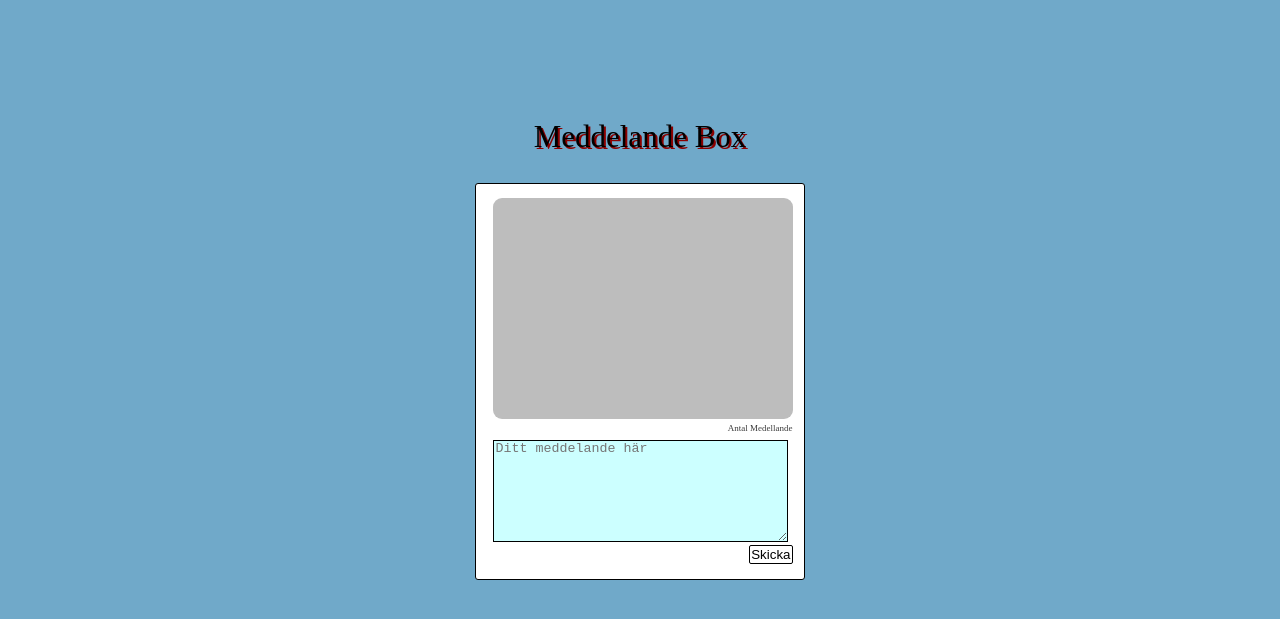
Repository: ls222vy/ls222vy-1dv403-laborationer
Page: 2-labbymezzage/index.html
The author's editor kept a record of every edit. The page is drawn from the files as they stood at one moment, then again after the next edit.
The browser window is 1280 px wide. The pictures show the whole page.

Above is the page before.

### 2-labbymezzage/index.html

<!doctype html>

<html lang="sv">

  <head>

         <title>Labby</title>
         <meta charset="UTF-8" />
         <link href='//fonts.googleapis.com/css?family=Gloria+Hallelujah' rel='stylesheet'>
         <link rel="stylesheet" href="css/style.css">
         <script src="js/Message.js"></script>
         <script src="js/MessageMotor.js"></script>
         <script src="js/messageMotor_run.js"></script>

  </head>

<body>
<h1>Meddelande Box</h1>

<div id="content">

    <div id="messagearea">

      <div id="myMessages"></div>

            <div id="count">Antal Medellande</div>

                  <div id="messageWindow">

            <textarea id="textInput"rows="2" cols="32" placeholder="Ditt meddelande här"></textarea>
            <button id="submitInput">Skicka</button>
        </div>



    </div>



</body>

</html>

### 2-labbymezzage/css/style.css
/*@import url(http://fonts.googleapis.com/css?family=Gloria+Hallelujah);*/

/* http://meyerweb.com/eric/tools/css/reset/
   v2.0 | 20110126
   License: none (public domain)
*/

html, body, div, span, applet, object, iframe,
h1, h2, h3, h4, h5, h6, p, blockquote, pre,
a, abbr, acronym, address, big, cite, code,
del, dfn, em, img, ins, kbd, q, s, samp,
small, strike, strong, sub, sup, tt, var,
b, u, i, center,
dl, dt, dd, ol, ul, li,
fieldset, form, label, legend,
table, caption, tbody, tfoot, thead, tr, th, td,
article, aside, canvas, details, embed,
figure, figcaption, footer, header, hgroup,
menu, nav, output, ruby, section, summary,
time, mark, audio, video {
	margin: 0;
	padding: 0;
	border: 0;
	font-size: 100%;
	font: inherit;
	vertical-align: baseline;
}
/* HTML5 display-role reset for older browsers */
article, aside, details, figcaption, figure,
footer, header, hgroup, menu, nav, section {
	display: block;
}
body {
	line-height: 1;
	background-color: #70A9C9;
}

/*#container {
    width :100%;
    max-width:600px;
    display:block;
    margin:0 auto;
}*/

#content {
    border:1px solid #000000;
    background:#ffffff;
    margin-left: auto;
    margin-right: auto;
    width: 328px;
    height:395px;
    overflow: auto;
    padding: 1 0 0  3px;
    -moz-border-radious:3px;
    -webkit-border-radius:3px;
}

h1{
   /* color:#0095b6;*/
   display:Block;
    margin-top:90px;
    text-align:center;
    padding:1em;
    font-size:31px;
    text-shadow: 2px 2px #8b0000;
}
#messagearea {
    margin-top:14px;
    margin-left:auto;
    margin-right: auto;
    width:300px;
    overflow:auto;
    padding: 0 0 0 5px;

}

#textInput{
    background:#CCFFFF;
    border:1px solid #000000;
    width: 97%;
    height:100px;
    margin-left : auto;
    margin-right:auto;
    padding: 0 0 0 2px;
}

#count{
    text-align:right;
    color:#3c3c3c;
    font-family: cabin-regular;
    font-size:9px;
    font-weight:normal;
    margin-bottom: 7px;
    margin-top: 5px;
}
#messageWindow {
    display:block;
    width: 100%;
}

#submitInput {
    border:1px solid #000000;
    padding: 1px;
    margin-bottom: 2px;
    text-decoration:none;
    -webkit-border-radius:2px;
    -webkit-box-shadow:0 1 px 0 white;
    background:#ffffff;
    float:right;
}
#myMessages {
    height: 221px;
    overflow: auto;
    border-radius: 9px;
    background-color:#BDBDBD;
    margin-right:auto;
   /*-webkit-box-sizing: border-box;
    -moz-box-sizing: border-box; */
    margin-top: auto;
  /*border: 2px solid rgba(0,0,0,0);*/
}
.myMessage{
    float:left;
    color: #3c3c3c;
     font-weight:200;
    font-size: 15px;
    -webkit-border-radius: 5px;
    line-height:20px;
    background-color : #97e5ed;
    margin-top: 5px;
    margin-left:8px;
    margin-bottom:10px;
   /* width: 95%;*/
    -webkit-box-sizing: border-box;
        width:50%;
      -moz-box-sizing: border-box;

}

p {
    display:block;
    padding:1px;
    float:left;

    word-wrap: break-word;
    -webkit-border-radius: solid 5px;
}

.messageDelete {
   display:block;
   width:20px;
   height:20px;
   float:right;
   background-image: url(../images/del.png);

}

footer{
    clear:both;
    display:block;
    float:right;
    color:#819FF7;
    font-size: 10px;
    text-align:right;
     margin-top:5;
}

.messageTime {
    display:block;
    width:20px;
    height:20px;
    float:right;
    background-image: url(../images/clock.png);
}
p{
    margin:1;
}

/*div {

    background-color: #ADEAB0;
}*/






































/* #content {
    border:1px solid #000000;
    background:#ffffff;
    margin-left: auto;
    margin-right: auto;
    width: 320px;
    height:180px;
    overflow: auto;
    -moz-border-radious:3px;
    -webkit-border-radius:3px;
}
h1{
    color:#0095b6;
    margin-top:90px;
    text-align:center;
    padding:1em;
    font-size:31px;
}
#messagearea {
    margin-top:115px;
    margin-left:auto;
    margin-right: auto;
    width:300px;
    overflow:auto;
    padding: 0 0 0 3px;

}



textarea{
    /*background:#CCFFFF;*/
 /*   border:1px solid #000000;
    width: 98%;
    height:100px;

}/*
button {
    border:1px solid #000000;
    padding: 1px;
    text-decoration:none;
    -webkit-border-radius:4px;
    -webkit-box-shadow:0 1 px 0 white;
    background:#7df9ff;
    float:right;
}

.right {
     border:1px solid #000000;
}/*































































/*/ <body>


            <div id="newText"></div>

            <div id="textInput">
                <div id="count"></div>
                <form action="post" name="form">
                    <textarea id="textarea" name="textarea"></textarea>
                    <input id="submit" class="right" class="button" type="button" value="Submit">
                </form>

            </div>*/

/* ody{
    background-color:grey;
}
#newText{
    border: 1px solid #000;
    background-color:yellow;
}
#textInput{
    border: 1px solid #000;
}
#count{
    border: 1px solid #000;
}
.pText{
    color:red;
}
.pTime{
    text-align: right;
}

### 2-labbymezzage/js/Message.js
"use strict";

//Konstruktorn
function Message(message, date) {

    this.getText = function() {
        return message;
    };

    this.setText = function(_text) {
        message = _text;
    };

    this.getDate = function() {
        return date;
    };

    this.setDate = function(_date) {
        date = _date;
    };
}
//Prototype objekt

Message.prototype.toString = function() {
    return this.getText() + " (" + this.getDate() + ")";
};

Message.prototype.getHTMLText = function() {
    return this.getText().replace(/\n/g, "<br>");

};

Message.prototype.getDateText = function () {

   var showTime = { day: 'numeric', year: 'numeric', month: 'long', hour: '2-digit', minute: '2-digit', second: '2-digit' };
    return this.getDate().toLocaleString('sv-SE', showTime);
};

### 2-labbymezzage/js/MessageMotor.js
"use strict";
/*global Message*/


var MessageMotor = {

 messages: [],


   init: function(){

       var button = document.getElementById("submitInput");
       var texta = document.getElementById("textInput");

       //Skapa händelse och validerar om(nummer 13 är enterkey)

       texta.addEventListener ("keypress", function(e){

           if(!e){ e = event;
           }

           if (e.shiftKey){

           }

           else if(e.keyCode == 13) {
               event.preventDefault();
              newMessage();
           }
       });

       button.onclick = newMessage;

       // Skapa meddelande

       function newMessage(){
           MessageMotor.messages.push(new Message (texta.value, new Date())); //push metoden lägger till  en ny post

           MessageMotor.renderMessages();
           texta.value ="";
       }

    },

        renderMessages: function(){
      // Antal Meddelande eller countingMessages

       var count = document.getElementById("count");
       count.innerHTML ="Antal meddelande: " + MessageMotor.messages.length;

       //Raderar alla befintliga meddelanden på sidan och skriv ut samtliga meddelande i arrayen

       document.getElementById("myMessages").innerHTML = "";

       for (var i = 0; i < MessageMotor.messages.length; i+=1){

           MessageMotor.renderMessage(i);
       }
    },

       renderMessage: function (messageID) {

       //Hämtar specifikt meddelande (messageID) och lägg i en "p" tagg

      var text = document.createElement("p"),
       //Div som ska hämta
      myMessages = document.getElementById("myMessages"),




    // Skapa en div där ett meddelande ska samlas ock skrift

     labbMessage = document.createElement("div");
     labbMessage.classname = "myMessage";
     text.innerHTML = MessageMotor.messages[messageID].getHTMLText();
     myMessages.appendChild(aMessage);
     aMessage.appendChild(text);


       //Sätter tiden meddelandet

      var messageTime = document.createElement("footer");
      messageTime.innerHTML= MessageMotor.messages[messageID].getDate().toLocaleTimeString();
      aMessage.appendChild(messageTime);




     //console.log( MessageMotor.messages[messageID]);
      //messageTime.innerHTML = MessageMotor.messages[messageID].getText().toLocaleTimeString();

        //Knapp för raderar meddelande
      var messageDelete = document.createElement("a");
       messageDelete.className = "messageDelete";
       messageDelete.href = "#";
        aMessage.appendChild(messageDelete);


        messageDelete.onclick = function(){

        if(confirm("Är du säker på att du vill ta bort meddelande?")){
         MessageMotor.messageDelete(messageID);

        }


        };

       //Lägger till knapp för att radera
        var messageDateTime = document.createElement("a");
        messageDateTime.className = "messageTime";
        messageDateTime.href = "#";
        aMessage.appendChild(messageDateTime);

        //När man klickar klockan images den visan Datum,Månad, timme,minuter och segunder

         messageDateTime.onclick = function (){
         alert (MessageMotor.messages[messageID].getDateText());


        };

       },
         // Raderar meddelande(splice = metoden lägger / tar bort objekt till / från en array och returnerar den borttagna objekt.)
            messageDelete:function(messageID){
            MessageMotor.messages.splice(messageID, 1);
            MessageMotor.renderMessages();
       }


};

### 2-labbymezzage/js/messageMotor_run.js
window.onload = function() {
    "use strict";
    /*global Message, MessageMotor*/

    var mess = new Message ("min text", new Date());
     console.log(mess.getText());
    mess.setText();

    MessageMotor.init();

};

After the next edit:
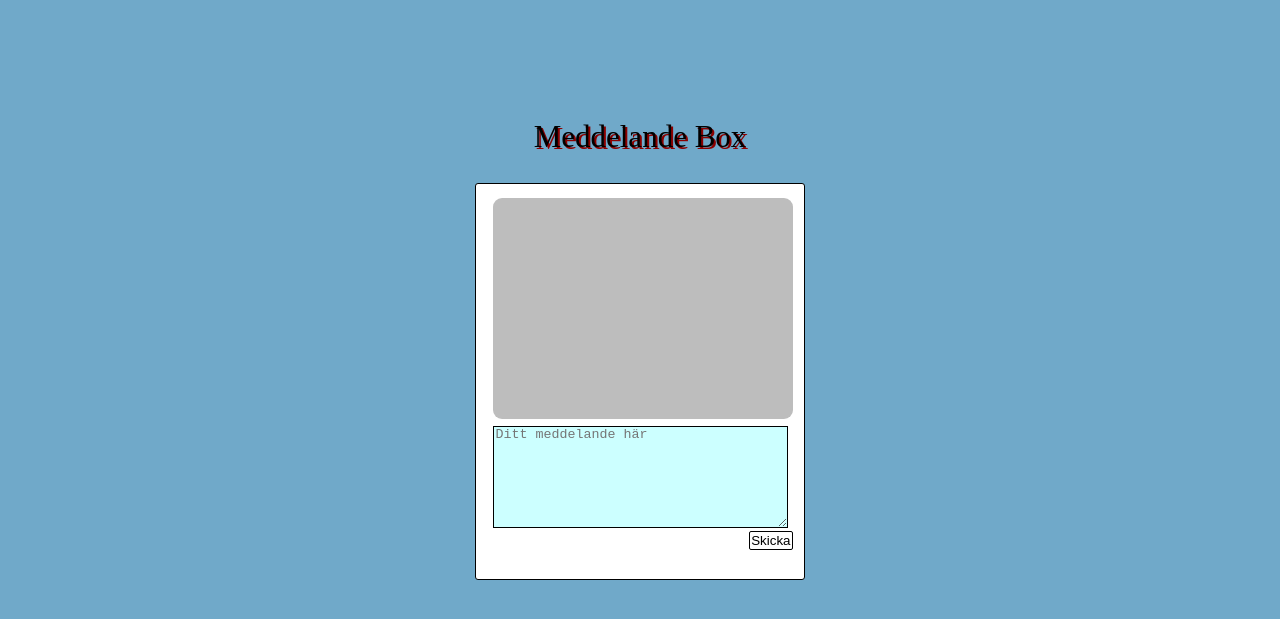
The edit:
--- a/2-labbymezzage/index.html
+++ b/2-labbymezzage/index.html
@@ -24,7 +24,7 @@
 
       <div id="myMessages"></div>
 
-            <div id="count">Antal Medellande</div>
+            <div id="count"></div>
 
                   <div id="messageWindow">
 
